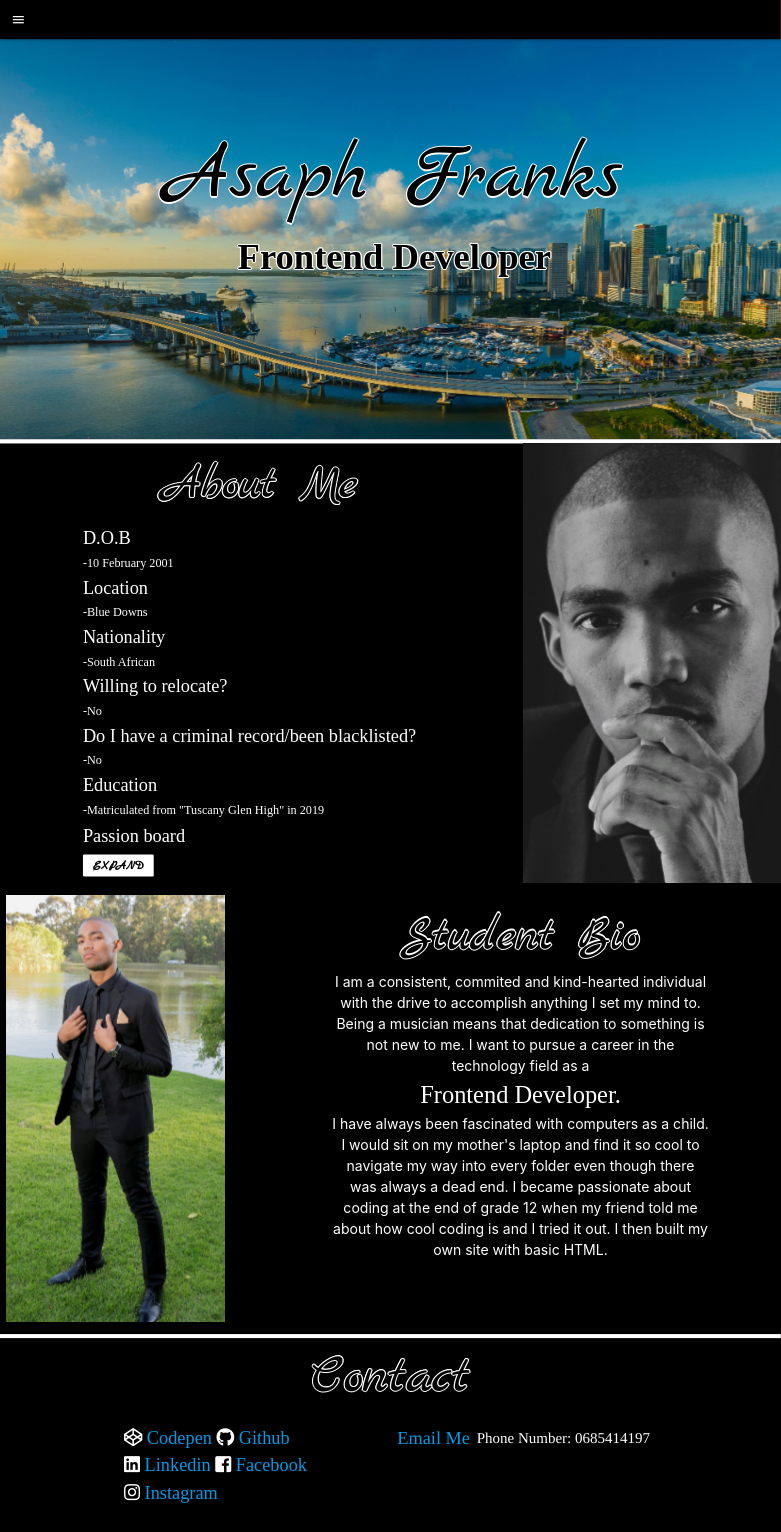
Repository: Ajtheult/portfolio.v3
Page: /portfolio-v3
These files come from the project's save history. The page is drawn as it stood at one moment and after the next save; the edit follows.
The browser window is 1280 px wide. The pictures show the whole page, at 61% of full size.
Some web fonts or font styles are not loaded; a fallback is used. The project was rebuilt for these pictures with package versions that can differ from the ones it lists, and the page was loaded fresh each time. Also part of the build but not shown: src/components/layout/pages/Skills.js, src/components/layout/pages/MyWork.js, src/components/layout/pages/Testimonials.js.

Above is the page before, as saved 2020-08-11 14:27:16.

After the next save:
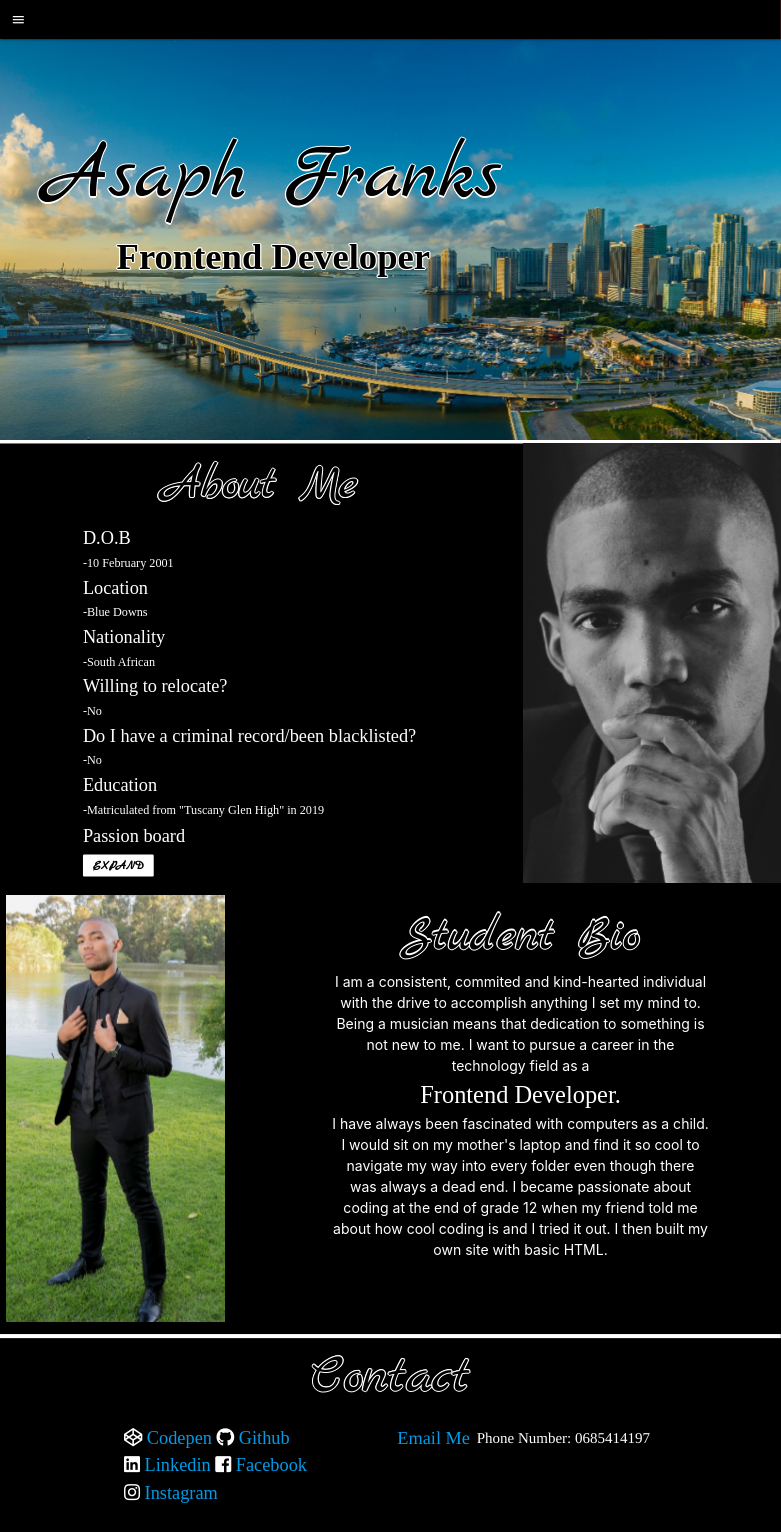
Saved 19 s later.
--- a/src/App.css
+++ b/src/App.css
@@ -196,7 +196,6 @@ div.admin-bg {
 }
 
 .style_for_landingpage {
-  margin-left: 15.5%;
   margin-top: 10%;
   position: absolute;
   padding: 50px;
